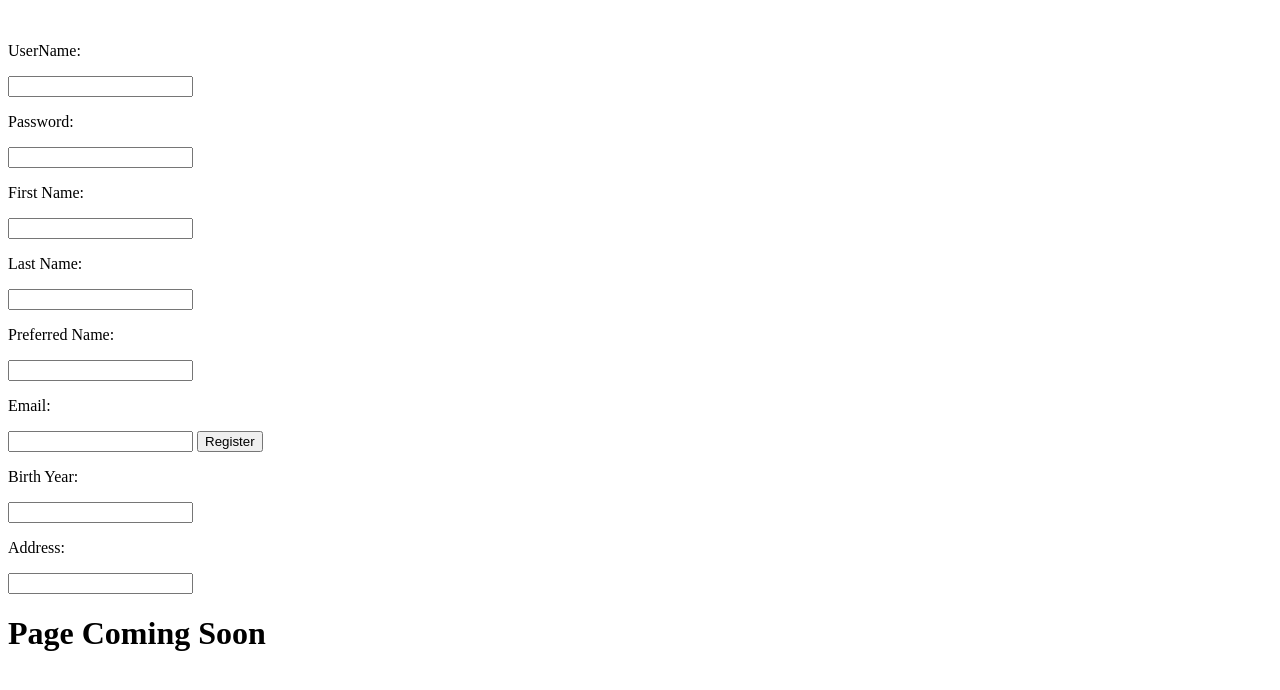
Repository: Hamzamshoaib/us2
Page: http://localhost/te_assignment_2/register.jsp
These files come from the project's save history. The page is drawn as it stood at one moment and after the next save; the edit follows.
The browser window is 1280 px wide. The pictures show the whole page.
The page is served by Tomcat 9. Other server files are loaded and not shown. Queries for data that is not in the repository find no rows.

Above is the page before, as saved 2015-05-09 12:18:00.

### te_assignment_2/WebContent/register.jsp
<%@ page language="java" contentType="text/html; charset=US-ASCII"
    pageEncoding="US-ASCII"%>
<!DOCTYPE html PUBLIC "-//W3C//DTD HTML 4.01 Transitional//EN" "http://www.w3.org/TR/html4/loose.dtd">
<html>
<head>
<meta http-equiv="Content-Type" content="text/html; charset=US-ASCII">
<title>Insert title here</title>
</head>
<body>
<FORM NAME="registrationform" ACTION="register" METHOD="POST">
<br>
<p>UserName: </p>
<INPUT type="text" name="username">
<br>
<p>Password: </p>
<INPUT type="password" name="password">
<br>
<p>First Name: </p>
<INPUT type="text" name="firstname">
<br>
<p>Last Name: </p>
<INPUT type="text" name="lastname">
<br>
<p>Preferred Name: </p>
<INPUT type="text" name="nickname">
<br>
<p>Email: </p>
<INPUT type="text" name="email">
<INPUT TYPE="submit" name="action" value="Register">
<br>
<p>Birth Year: </p>
<INPUT type="text" name="birthyear">
<br>
<p>Address: </p>
<INPUT type="text" name="address">
</FORM>
<h1>Page Coming Soon</h1>
</body>
</html>

### te_assignment_2/src/edu/unsw/comp9321/Email.java
package edu.unsw.comp9321;


import java.util.Properties;
import javax.mail.Message;
import javax.mail.MessagingException;
import javax.mail.PasswordAuthentication;
import javax.mail.Session;
import javax.mail.Transport;
import javax.mail.internet.InternetAddress;
import javax.mail.internet.MimeMessage;


public class Email {

	String from;
    final String username = "dailyauctiondeals";
    final String password = "moshe123";
    String host;
    Properties props;
    Session session;

	public Email(){
		from = "dailyauctiondeals@gmail.com";
		host = "smtp.gmail.com";

		props = new Properties();
		props.put("mail.smtp.auth", "true");
		props.put("mail.smtp.starttls.enable", "true");
		props.put("mail.smtp.host", host);
		props.put("mail.smtp.port", "587");

		session = Session.getInstance(props,
	      new javax.mail.Authenticator() {
	         protected PasswordAuthentication getPasswordAuthentication() {
	            return new PasswordAuthentication(username, password);
	         }
		});
	}

	public Boolean sendVerifyEmail(String to, String IDToken){

	      try {
	         // Create a default MimeMessage object.
	         Message message = new MimeMessage(session);

	         // Set From: header field of the header.
	         message.setFrom(new InternetAddress(from));

	         // Set To: header field of the header.
	         message.setRecipients(Message.RecipientType.TO,
	         InternetAddress.parse(to));
	         // Set Subject: header field
	         message.setSubject("Welcome to Daily Auction Deals! Please verify your email.");
	         // Now set the actual message
	         message.setText("Hi!\n\n"
	         		+ "Welcome to Daily Auction Deals! To use your account, please verify your email by clicking this link "
	         		+ "\n\n\thttp://localhost:8080/te_assignment_2/verification?verification_token=" + IDToken
	         		+ "\n\n"
	         		+ "Daily Auction Deals Team :)");

	         // Send message
	         Transport.send(message);

	         System.out.println("Sent message successfully...");

	      } catch (MessagingException e) {
	    	  return false;
	      }

		return true;
	}

	public Boolean newHighBid(int Item_ID){
		UserController uc = new UserController();
		BiddingController bc = new BiddingController();
		String user = bc.winningBidder(Item_ID);
		int highestBid = bc.currentWinningBid(Item_ID);
		String to = uc.getEmail(user);
		String itemName = uc.getItemName(Item_ID);
	      try {
		         // Create a default MimeMessage object.
		         Message message = new MimeMessage(session);

		         // Set From: header field of the header.
		         message.setFrom(new InternetAddress(from));

		         // Set To: header field of the header.
		         message.setRecipients(Message.RecipientType.TO,
		         InternetAddress.parse(to));
		         // Set Subject: header field
		         message.setSubject("Congratulations " + user + "! You have the highest bid at the moment!");
		         // Now set the actual message
		         message.setText("Hi!\n\n"
		         		+ "You have the highest bid for " + itemName + " at $" + highestBid + "."
		         		+ "\n\n"
		         		+ "Daily Auction Deals Team :)");

		         // Send message
		         Transport.send(message);

		         System.out.println("Sent New High Bid Mail successfully...");

	      } catch (MessagingException e) {
	    	  return false;
	      }
	      return true;
	}

	public Boolean sendLostBidEmail(int Item_ID){
		UserController uc = new UserController();
		BiddingController bc = new BiddingController();

		String user = bc.secondHighestBidder(Item_ID);
		if (user == null){
			System.out.println("He was the only bidder");
			return false;
		}

		int highestBid = bc.currentWinningBid(Item_ID);
		String to = uc.getEmail(user);
		String itemName = uc.getItemName(Item_ID);
	      try {
		         // Create a default MimeMessage object.
		         Message message = new MimeMessage(session);

		         // Set From: header field of the header.
		         message.setFrom(new InternetAddress(from));

		         // Set To: header field of the header.
		         message.setRecipients(Message.RecipientType.TO,
		         InternetAddress.parse(to));
		         // Set Subject: header field
		         message.setSubject("Oh no, " + user + "! You've been outbid!");
		         // Now set the actual message
		         message.setText("Hi!\n\n"
		         		+ "Unfortunately you have been outbid for your " + itemName + ".\n\n"
		         		+ "The new highest bid is: $" + highestBid + "."
		         		+ "\n\n"
		         		+ "Daily Auction Deals Team :)");

		         // Send message
			         Transport.send(message);

			         System.out.println("Sent Lost Bid Mail successfully...");

	      } catch (MessagingException e) {
	    	  return false;
	      }
	      return true;
	}

	public Boolean emailWinner(int Item_ID){
		UserController uc = new UserController();
		BiddingController bc = new BiddingController();
		String user = bc.winningBidder(Item_ID);
		int highestBid = bc.currentWinningBid(Item_ID);
		String to = uc.getEmail(user);
		String itemName = uc.getItemName(Item_ID);
	      try {
		         // Create a default MimeMessage object.
		         Message message = new MimeMessage(session);

		         // Set From: header field of the header.
		         message.setFrom(new InternetAddress(from));

		         // Set To: header field of the header.
		         message.setRecipients(Message.RecipientType.TO,
		         InternetAddress.parse(to));
		         // Set Subject: header field
		         message.setSubject("Congratulations " + user + "! You have won an item!");
		         // Now set the actual message
		         message.setText("Hi!\n\n"
		         		+ "You have won a brand new " + itemName + " for $" + highestBid + "! :)"
		         		+ "\n\n"
		         		+ "Daily Auction Deals Team :)");

		         // Send message
		         Transport.send(message);

		         System.out.println("Sent winner email successfully...");

	      } catch (MessagingException e) {
	    	  return false;
	      }
	      return true;
	}

	public Boolean emailOwner(int Item_ID){
		UserController uc = new UserController();
		BiddingController bc = new BiddingController();
		String user = uc.getItemOwner(Item_ID);
		int highestBid = bc.currentWinningBid(Item_ID);
		String to = uc.getEmail(user);
		String itemName = uc.getItemName(Item_ID);
	      try {
		         // Create a default MimeMessage object.
		         Message message = new MimeMessage(session);

		         // Set From: header field of the header.
		         message.setFrom(new InternetAddress(from));

		         // Set To: header field of the header.
		         message.setRecipients(Message.RecipientType.TO,
		         InternetAddress.parse(to));
		         // Set Subject: header field
		         message.setSubject("Congratulations " + user + "! Your item has been sold!");
		         // Now set the actual message
		         message.setText("Hi!\n\n"
		         		+ "You have sold your item " + itemName + " for $" + highestBid + "! :)"
		         		+ "\n\n"
		         		+ "Daily Auction Deals Team :)");

		         // Send message
		         Transport.send(message);

		         System.out.println("Sent owner email successfully...");

	      } catch (MessagingException e) {
	    	  return false;
	      }
	      return true;
	}

	public Boolean lessThanReserved(int Item_ID){
		UserController uc = new UserController();
		BiddingController bc = new BiddingController();
		String user = uc.getItemOwner(Item_ID);
		int highestBid = bc.currentWinningBid(Item_ID);
		String to = uc.getEmail(user);
		String itemName = uc.getItemName(Item_ID);
	      try {
		         // Create a default MimeMessage object.
		         Message message = new MimeMessage(session);

		         // Set From: header field of the header.
		         message.setFrom(new InternetAddress(from));

		         // Set To: header field of the header.
		         message.setRecipients(Message.RecipientType.TO,
		         InternetAddress.parse(to));
		         // Set Subject: header field
		         message.setSubject(user + ", your item has not reached its reserve price");
		         // Now set the actual message
		         message.setText("Hi!\n\n"
		         		+ "Your item, " + itemName + " has an offer of $" + highestBid
		         		+ " which is below your reserve price of $" + bc.getReservePrice(Item_ID) + ".\n\n"
		         		+ "Log into your account to accept or reject this offer."
		         		+ "\n\n"
		         		+ "Daily Auction Deals Team :)");

		         // Send message
		         Transport.send(message);

		         System.out.println("Sent reserved price notification email successfully...");

	      } catch (MessagingException e) {
	    	  return false;
	      }
	      return true;
	}

	public Boolean itemNotSold(int Item_ID){
		UserController uc = new UserController();
		String user = uc.getItemOwner(Item_ID);
		String to = uc.getEmail(user);
		String itemName = uc.getItemName(Item_ID);
	      try {
		         // Create a default MimeMessage object.
		         Message message = new MimeMessage(session);

		         // Set From: header field of the header.
		         message.setFrom(new InternetAddress(from));

		         // Set To: header field of the header.
		         message.setRecipients(Message.RecipientType.TO,
		         InternetAddress.parse(to));
		         // Set Subject: header field
		         message.setSubject(user + ", your item wasn't sold :(");
		         // Now set the actual message
		         message.setText("Hi!\n\n"
		         		+ "Your item, " + itemName + ", has not had any bids and was not sold. :( \n\n"
		         		+ "Log into your account and re-add if you want."
		         		+ "\n\n"
		         		+ "Daily Auction Deals Team :)");

		         // Send message
		         Transport.send(message);

		         System.out.println("Sent item not sold notification email successfully...");

	      } catch (MessagingException e) {
	    	  return false;
	      }
	      return true;
	}

	public void newBidEmails(int Item_ID){
		newHighBid(Item_ID);
		sendLostBidEmail(Item_ID);
	}

	public void endAuctionEmails(int Item_ID){
		emailWinner(Item_ID);
		emailOwner(Item_ID);
	}
}

After the next save:
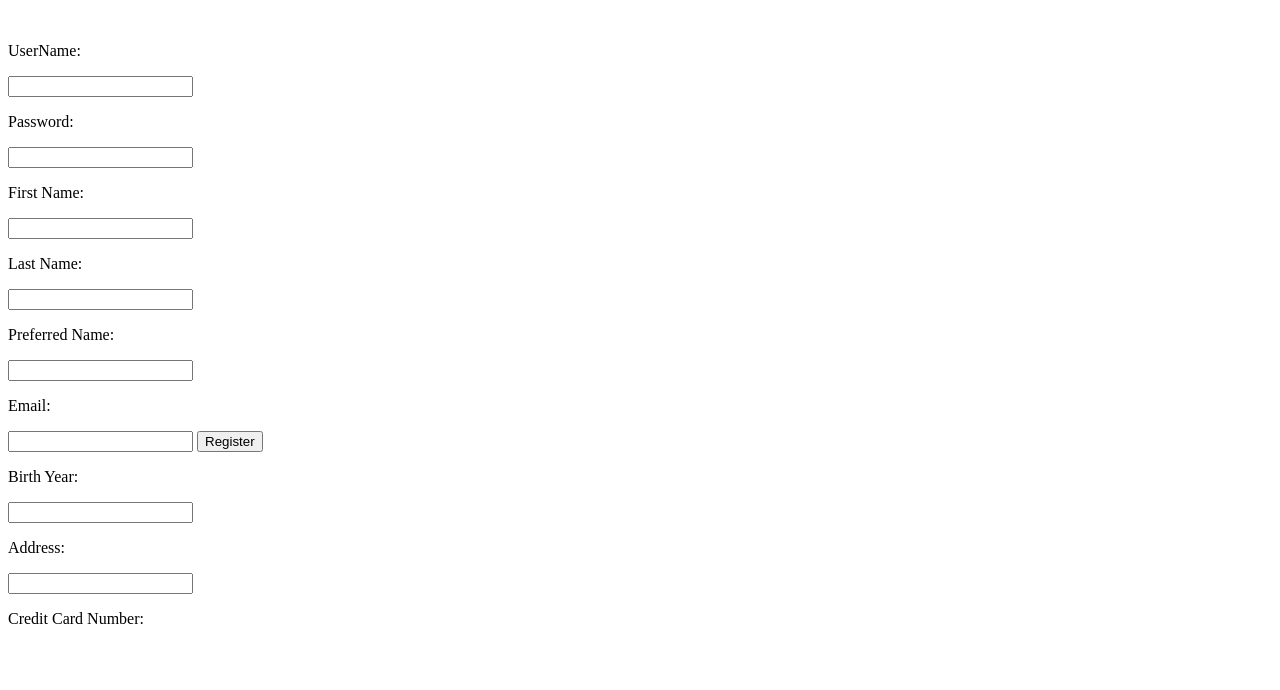
Saved 115 s later.
--- a/te_assignment_2/WebContent/register.jsp
+++ b/te_assignment_2/WebContent/register.jsp
@@ -33,6 +33,9 @@
 <br>
 <p>Address: </p>
 <INPUT type="text" name="address">
+<br>
+<p>Credit Card Number: </p>
+<INPUT type="text" name="creditcard" value="1234 5678 0912 3456>
 </FORM>
 <h1>Page Coming Soon</h1>
 </body>
